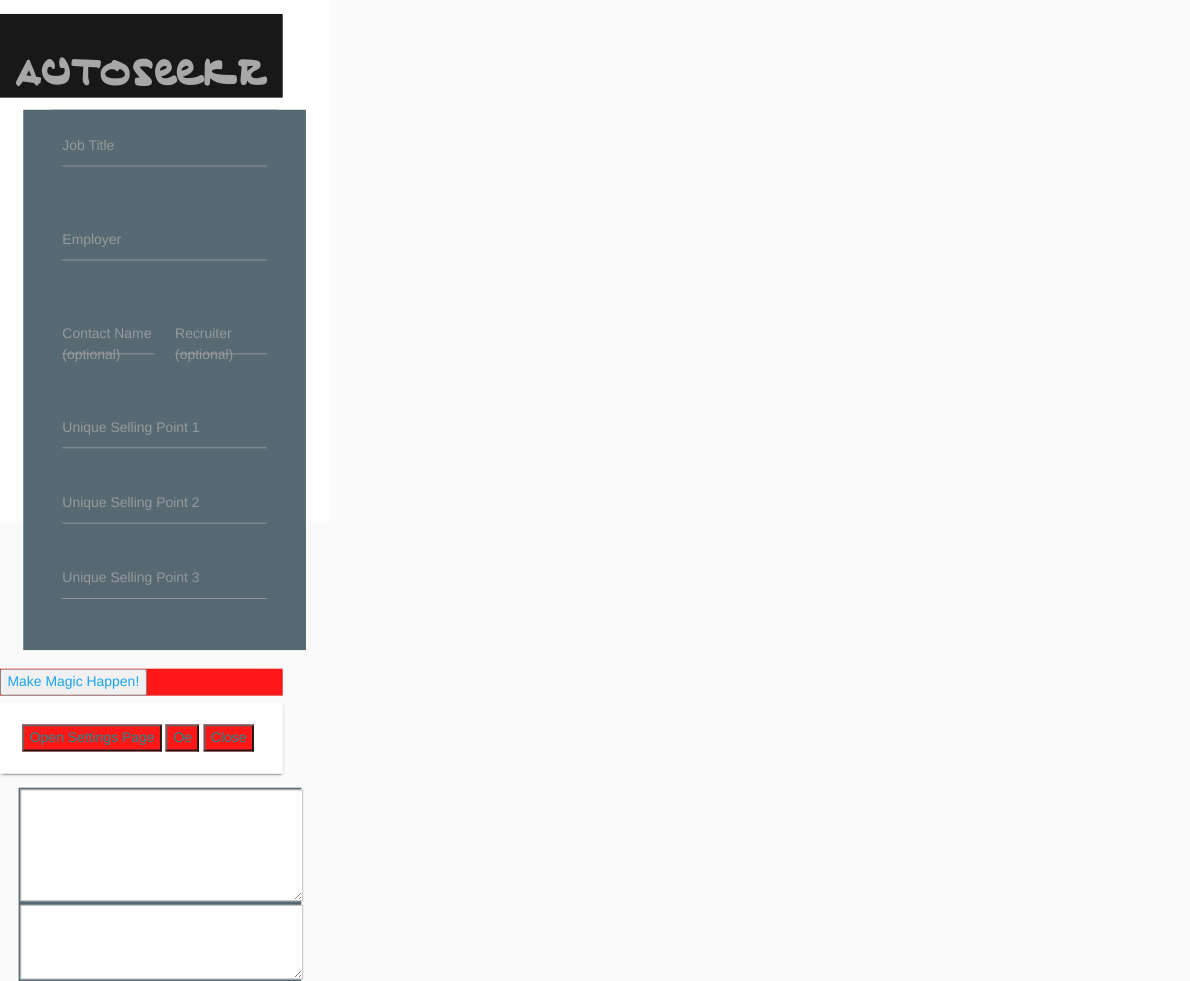
Repository: trendy77/autoJobbrr
Page: popup.html
These files come from the project's save history. The page is drawn as it stood at one moment and after the next save; the edit follows.
The browser window is 1280 px wide. The pictures show the whole page, at 93% of full size.

Above is the page before, as saved 2018-08-09 18:56:26.
Console error: ReferenceError: createJobForm is not defined

After the next save:
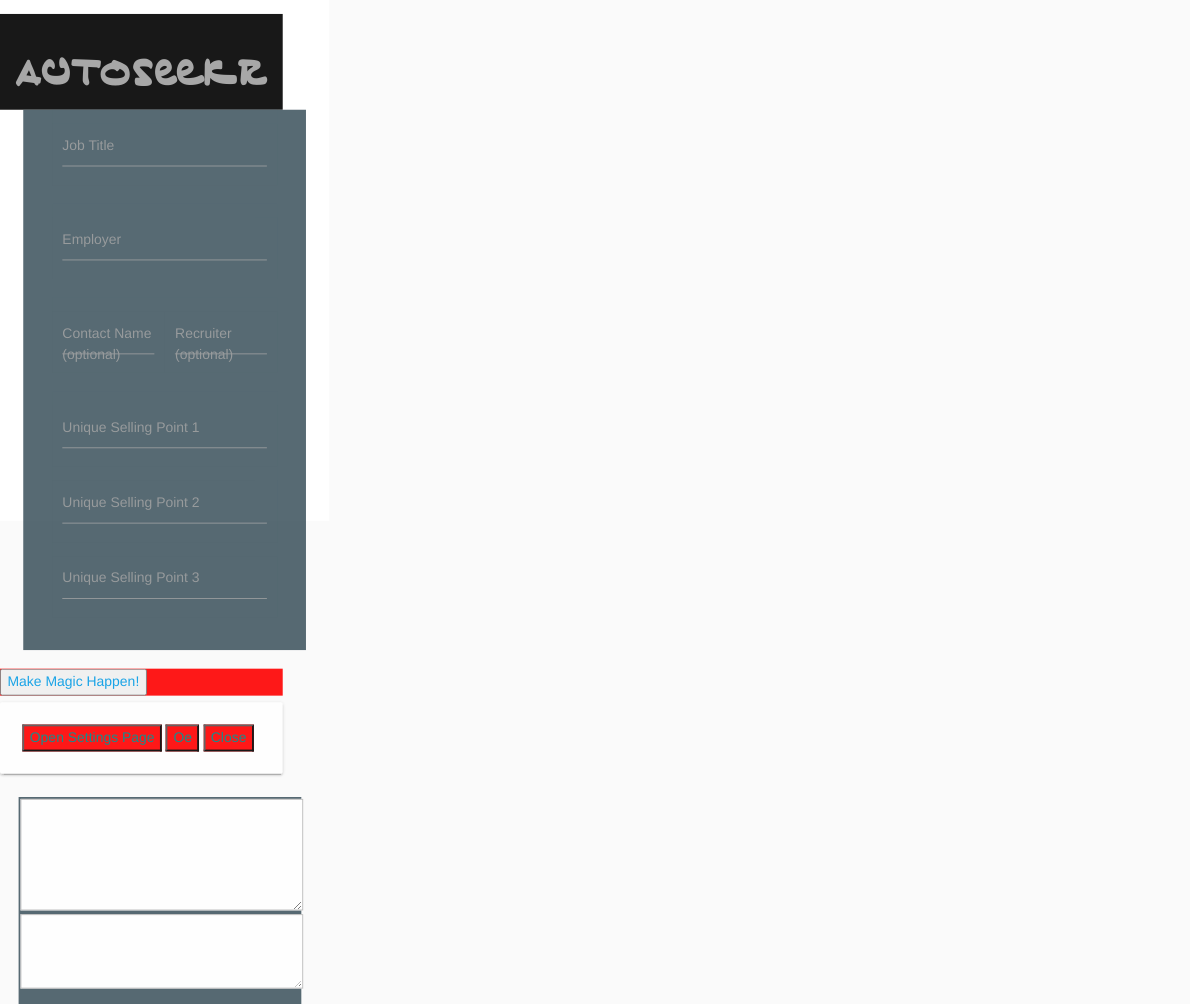
Saved 2 min 22 s later.
--- a/css/style.css
+++ b/css/style.css
@@ -9,6 +9,7 @@
 }
 
 .header {
+    align-content: center;
     text-align: center;
     padding: 10px 0 10px 0;
 }
@@ -20,22 +21,6 @@
     background: -webkit-linear-gradient(0deg, rgb(51, 105, 232) 0%, rgb(51, 105, 232) 25%, rgb(222, 30, 37) 25%, rgb(222, 30, 37) 50%, rgb(255, 210, 0) 50%, rgb(255, 210, 0) 75%, rgb(76, 187, 71) 75%, rgb(76, 187, 71) 100%);
 }
 
-.header .links * {
-    margin-left: 5px;
-}
-
-.header .links a {
-    color: #666;
-}
-
-.header:hover .links a {
-    color: #3399cc;
-}
-
-.flows h5 {
-    margin-left: 5px;
-    margin-bottom: 10px;
-}
 
 .flow {
     margin: 10px 20px 20px 20px;
@@ -186,7 +171,7 @@
 }
 
 @font-face {
-    font-family: tinyHands;
+    font-family: 'tinyHands';
     src: url('fonts/bf.eot');
     src: url('fonts/bf.eot?#iefix') format('embedded-opentype'), /* IE6-IE8 */
     url('fonts/bf.woff2') format('woff2'), /* Super Modern Browsers */
@@ -213,7 +198,7 @@
     width: 200px;
     height:400px;
     background-color: darkslategrey;
-    color: blanchedalmond;
+    color: rgb(94, 7, 233);
 }
 
 div {
@@ -221,7 +206,8 @@
     color: teal;
     opacity: 0.9;
     width: 86%;
-
+    justify-items: center;
+    align-content: center;
 }
 
 div:hover {
